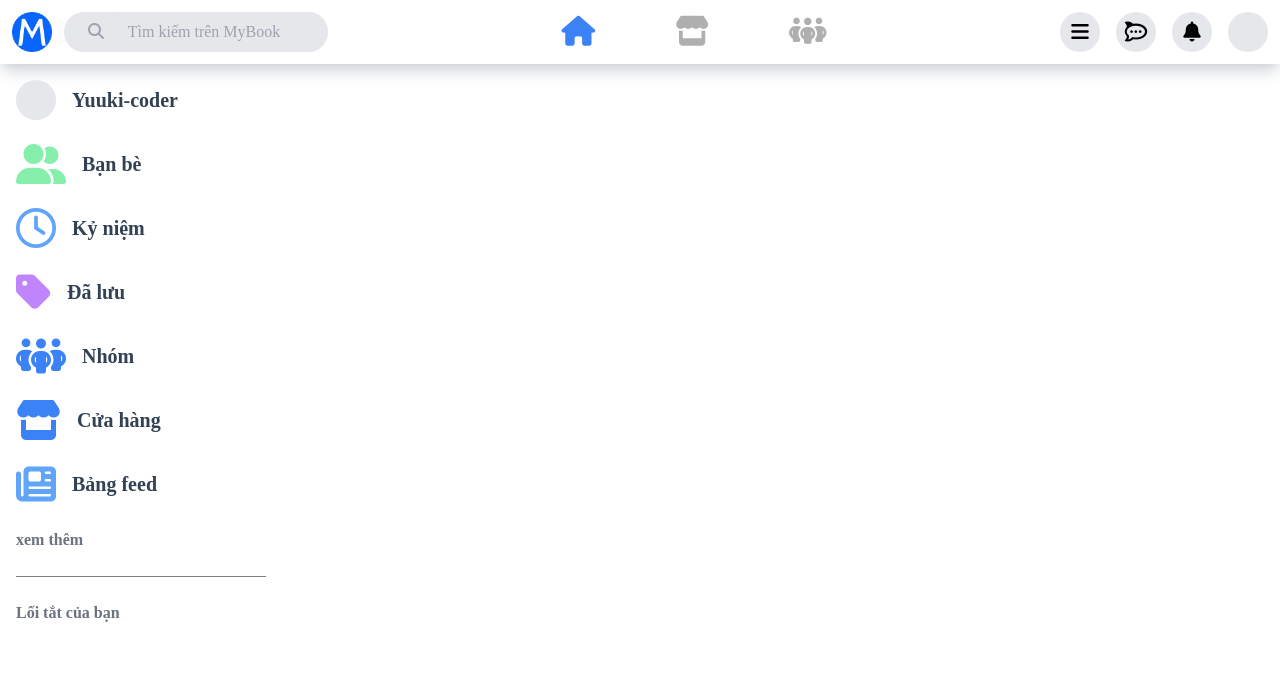
Repository: Yuukicoder/MyBook
Page: / (app in mybook/)
An editor plug-in stored every save of this project. The page is shown before and after the next save, followed by the edit.
The browser window is 1280 px wide. The pictures show the whole page.
The project was rebuilt for these pictures with package versions that can differ from the ones it lists, and the page was loaded fresh each time.

Above is the page before, as saved 2023-12-13 18:12:38.

### mybook/src/index.js
import React from 'react';
import ReactDOM from 'react-dom/client';
import './index.css';
import App from './App';
import reportWebVitals from './reportWebVitals';

const root = ReactDOM.createRoot(document.getElementById('root'));
root.render(
  <React.StrictMode >
  <App / >
  </React.StrictMode>
);

// If you want to start measuring performance in your app, pass a function
// to log results (for example: reportWebVitals(console.log))
// or send to an analytics endpoint. Learn more: https://bit.ly/CRA-vitals
reportWebVitals();

### mybook/src/index.css
@tailwind base;
@tailwind components;
@tailwind utilities;
  @import url('https://fonts.googleapis.com/css2?family=Arima:wght@100;200;300;400;500;700&display=swap');
*{
  margin: 0;
  padding: 0;
  box-sizing: border-box;
  /* border: 1px solid black; */
  font-family: Arima;
}
body{
  width: 100%;
  height: 100vh;
}

### mybook/src/App.js
import './App.css';
import '@fortawesome/fontawesome-free/css/all.min.css';
import Navbar from './Navbar'
import Option from './Option'
 var App = () =>
(
    <div class="">
        <Navbar/>
        <Option name="Yuuki-coder"/>

    </div>
)

export default App;

### mybook/src/App.css
:root{
  --text-color: rgb(175, 175, 175);
  --bg-icon-color: #e5e7eb;
}
.avatar{
  width: 40px;
  height: 40px;
  background-color: var(--bg-icon-color);
  border-radius: 50%;
  display: flex;
  align-items: center;
  justify-content: center;
}

### mybook/src/Navbar.js
import './Navbar.css'
import '@fortawesome/fontawesome-free/css/all.min.css';

var Navbar = () =>(


    <div class="flex items-center justify-between  w-screen py-3 px-3  shadow-lg shadow-gray-300">
        <div class="flex">

    <div class="Navbar_icon pr-3">
        <img class="w-10 h-10" src='iconMyBook.png' alt=""></img>
    </div>
    <div class="Navbar_search h-10 bg-gray-200 rounded-3xl">
        <label class=" text-center h-full pl-6"for="">
    <i class="fa-solid fa-magnifying-glass text-gray-400" ></i>
        </label>

        <input class="rounded-3xl text-center h-full pr-6 bg-gray-200" type="text" placeholder="Tìm kiếm trên MyBook"></input>
        </div>

    </div>
    <div class="  Navbar_selection">
        <ul class="flex gap-20">
            <li>
            <i class="fa-solid fa-house text-blue-500"></i>
            </li>
            <li>
            <i class="fa-solid fa-store"></i>
            </li>
            <li> <i class="fa-solid fa-people-group"></i></li>
        </ul>
    </div>
    <div class="Navbar_option">
        <ul class="flex gap-4 items-center">
            <li>
            <div class="avatar">

                <i class="fa-solid fa-bars"></i>
            </div>
                </li>
            <li>
            <div class="avatar">

                <i class="fa-brands fa-rocketchat"></i>
            </div>
                </li>
            <li>
            <div class="avatar">

                <i class="fa-solid fa-bell"></i>
            </div>
                </li>
            <li><div class="avatar"></div></li>
        </ul>
    </div>
    </div>
)
export default Navbar;

### mybook/src/Option.js
import './Option.css'
var Option = (x) => (
    <div class="mt-4 ml-4  grid gap-6">

    <div class="flex gap-4 items-center box ">
        <div class="avatar">
        </div>
        <p class="font-semibold text-xl text-slate-700">{x.name}</p>

    </div>
    <div class="flex gap-4 items-center box">
    <i class="fa-solid fa-user-group text-green-300"></i>
        <p class="font-semibold text-xl text-slate-700">Bạn bè</p>

    </div>
    <div class="flex gap-4 items-center box ">
    <i class="fa-regular fa-clock text-blue-400"></i>
        <p class="font-semibold text-xl text-slate-700">Kỷ niệm</p>

    </div>
    <div class="flex gap-4 items-center box ">
    <i class="fa-solid fa-tag text-purple-400"></i>
        <p class="font-semibold text-xl text-slate-700">Đã lưu</p>

    </div>
    <div class="flex gap-4 items-center box ">
    <i class="fa-solid fa-people-group text-blue-500"></i>
        <p class="font-semibold text-xl text-slate-700">Nhóm</p>

    </div>
    <div class="flex gap-4 items-center box ">
    <i class="fa-solid fa-store text-blue-500"></i>
        <p class="font-semibold text-xl text-slate-700">Cửa hàng</p>

    </div>
    <div class="flex gap-4 items-center box ">
        <i class="fa-solid fa-newspaper text-blue-400"></i>
        <p class="font-semibold text-xl text-slate-700">Bảng feed</p>

    </div>
    <div class=""><p class="font-semibold text-gray-500">xem thêm</p></div>
    <div class="line"></div>
    <p class="text-base font-semibold text-gray-500">Lối tắt của bạn</p>
    </div>
)
export default Option

### mybook/src/Navbar.css
:root{
    --text-color: rgb(175, 175, 175);
    --bg-icon-color: #e5e7eb;
  }
  ul i{
  color: var(--text-color);
  font-size: 30px;
  }

  .Navbar_option ul li i{
    color: black;
  font-size: 20px;

  }

### mybook/src/Option.css

.box i{
    font-size: 40px;
}
.line{
    width: 250px;
    height: 1px;
    background-color: grey;
}

### mybook/tailwind.config.js
/** @type {import('tailwindcss').Config} */
module.exports = {
  content: [
    "./src/**/*.{js,jsx,ts,tsx}",
  ],
  theme: {
    extend: {},
    color:{
      'text-grey':'#9ca9c9'
    }
  },
  plugins: [],
}

Loaded but not shown: mybook/public/index.html (common file); mybook/src/reportWebVitals.js (common file)

After the next save:
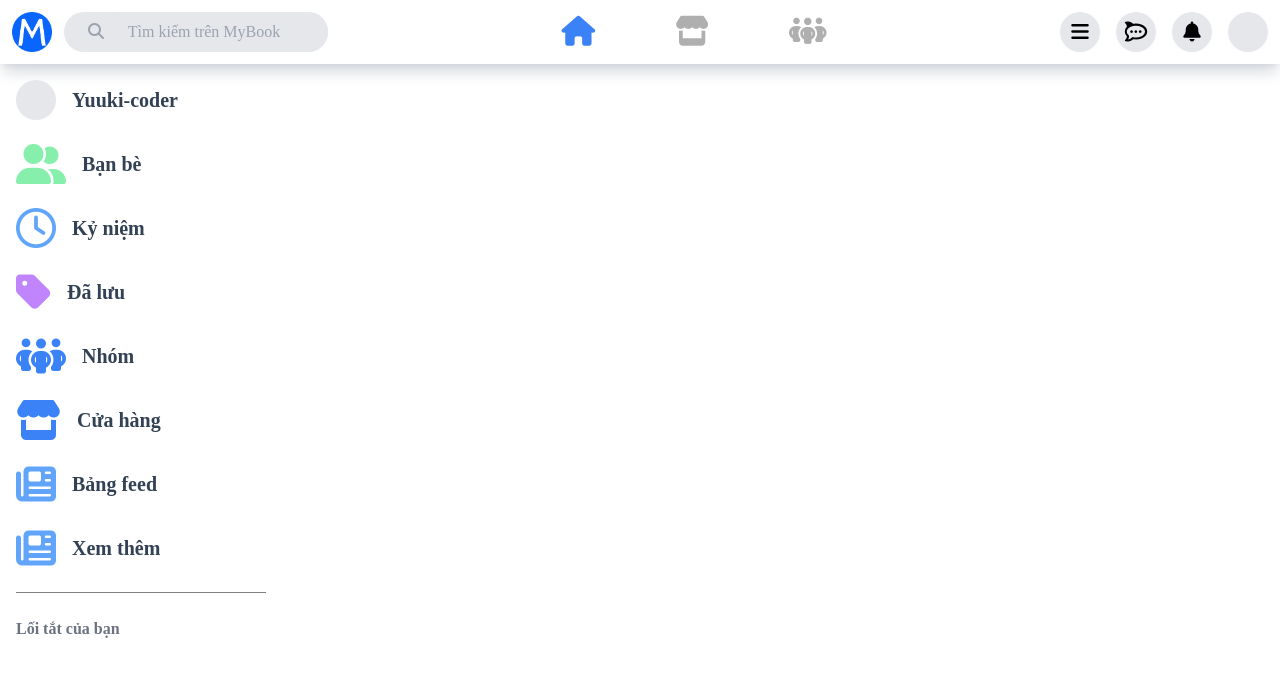
Saved 33 s later.
--- a/mybook/src/Option.js
+++ b/mybook/src/Option.js
@@ -38,7 +38,11 @@ var Option = (x) => (
         <p class="font-semibold text-xl text-slate-700">Bảng feed</p>
 
     </div>
-    <div class=""><p class="font-semibold text-gray-500">xem thêm</p></div>
+    <div class="flex gap-4 items-center box ">
+        <i class="fa-solid fa-newspaper text-blue-400"></i>
+        <p class="font-semibold text-xl text-slate-700">Xem thêm</p>
+
+    </div>
     <div class="line"></div>
     <p class="text-base font-semibold text-gray-500">Lối tắt của bạn</p>
     </div>
